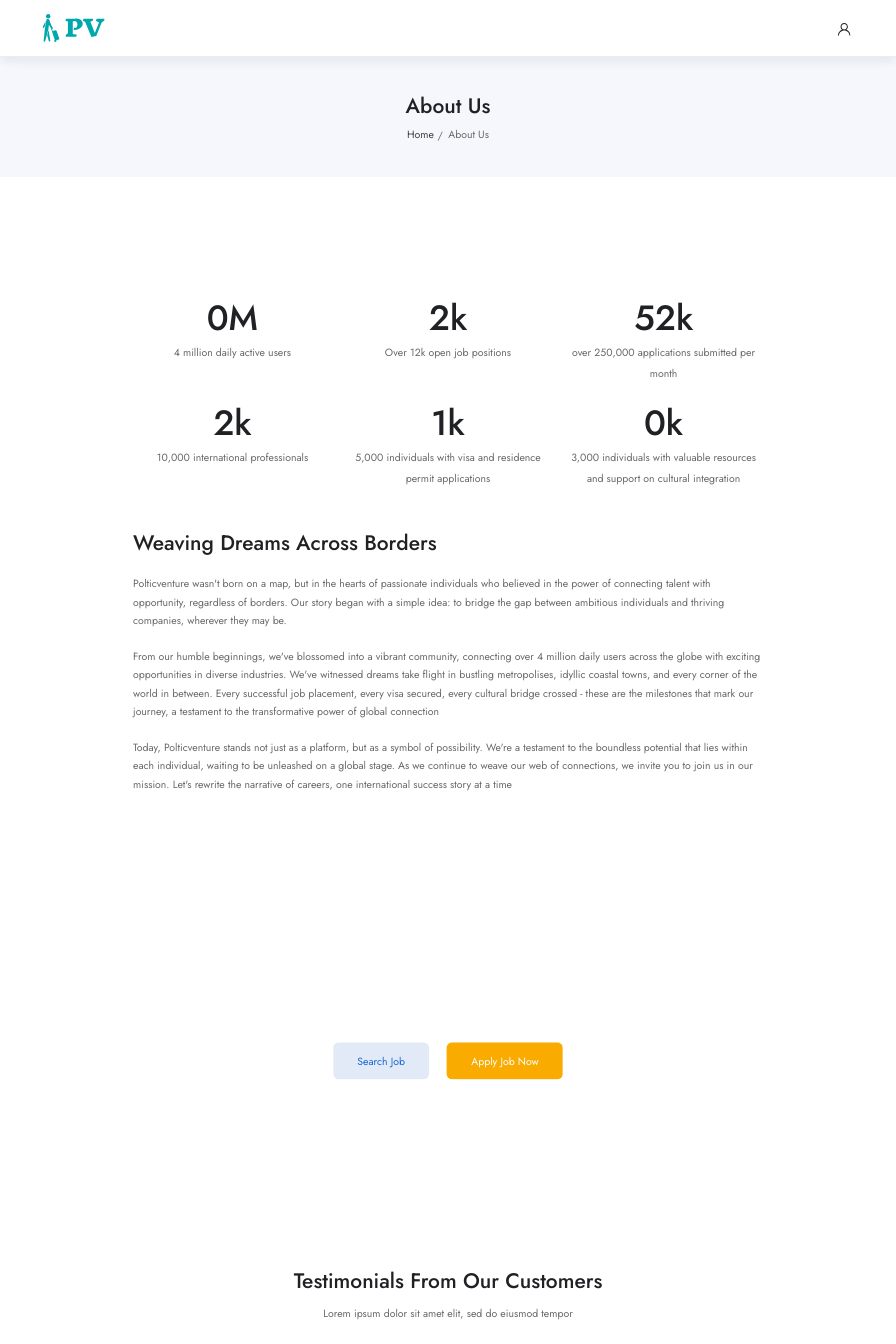
Repository: greatchriz/job
Page: http://localhost/about-us
These files come from the project's save history. The page is drawn as it stood at one moment and after the next save; the edit follows.
The browser window is 1280 px wide. The pictures show the part of the page from y = 0 to 1920 px (the page is 3650 px tall before and 4323 px after), at 70% of full size.
The page is served by the project's Laravel application, run on PHP 8.4 with Laravel 10. Other server files are loaded and not shown.

Above is the page before, as saved 2023-12-14 10:21:50.

### app/Providers/AppServiceProvider.php
<?php

namespace App\Providers;

use Illuminate\Support\ServiceProvider;
use Illuminate\Support\Facades\Schema;


class AppServiceProvider extends ServiceProvider
{
    /**
     * Register any application services.
     */
    public function register(): void
    {
        //
    }

    /**
     * Bootstrap any application services.
     */
    public function boot(): void
    {
        // Schema::defaultStringLength(191);
    }
}

### app/Http/Controllers/MainPageController.php
<?php

namespace App\Http\Controllers;

use Illuminate\Http\Request;

class MainPageController extends Controller
{

    // Home
    // About Us
    // Services
    // Terms & Conditions
    // Privacy Policy
    // Blog
    // Contact Us

    //home

    public function home()
    {
        return view('main-pages.home');
    }

    //about-us

    public function aboutUs()
    {
        return view('main-pages.about-us');
    }

    //services

    public function services()
    {
        return view('main-pages.services');
    }

    //terms

    public function terms()
    {
        return view('main-pages.terms');
    }

    //privacy-policy

    public function privacyPolicy()
    {
        return view('main-pages.privacy-policy');
    }

    //blog

    public function blog()
    {
        return view('main-pages.blog');
    }

    //contact-us

    public function contactUs()
    {
        return view('main-pages.contact-us');
    }
}

### resources/views/main-pages/about-us.blade.php
@extends('normal-layout')
    @section('header')
        @include('normal-header')
    @endsection

    @section('page-title')
        @include('page-title', ['pageTitle' => 'About Us'])
    @endsection

    @section('content')
 <!-- About Section Three -->
 <section class="about-section-three">
    <div class="auto-container">
      <div class="images-box">
        <div class="row">
          <div class="column col-lg-3 col-md-6 col-sm-6">
            <figure class="image"><img src="images/resource/about-img-1.jpg" alt=""></figure>
          </div>
          <div class="column col-lg-3 col-md-6 col-sm-6">
            <figure class="image"><img src="images/resource/about-img-2.jpg" alt=""></figure>
            <figure class="image"><img src="images/resource/about-img-3.jpg" alt=""></figure>
          </div>
          <div class="column col-lg-3 col-md-6 col-sm-6">
            <figure class="image"><img src="images/resource/about-img-4.jpg" alt=""></figure>
            <figure class="image"><img src="images/resource/about-img-5.jpg" alt=""></figure>
          </div>
          <div class="column col-lg-3 col-md-6 col-sm-6">
            <figure class="image"><img src="images/resource/about-img-6.jpg" alt=""></figure>
          </div>
        </div>
      </div>

      <!-- Fun Fact Section -->
      <div class="fun-fact-section">
        <div class="row">
          <!--
            1. Global Reach, Local Impact: With over 4 million daily active users, we connect a diverse pool of international talent from across the globe with Dutch companies seeking top performers.

            2. A Treasure Trove of Opportunities: We boast over 12,000 open job positions across various industries, ensuring there's something for every skillset and career aspiration.

            3. Efficiency at Your Fingertips: Our intuitive platform facilitates over 250,000 applications submitted per month, streamlining the job search process for both candidates and companies.

            4. Bridging the Gap: We've helped over 10,000 international professionals secure their dream jobs in the Netherlands, turning career aspirations into reality.

            5. Seamless Transitions: We've assisted over 5,000 individuals with their visa and residence permit applications, paving the way for a smooth relocation experience.

            6. Beyond the Job: We're committed to holistic success. We've provided over 3,000 individuals with valuable resources and support on cultural integration, housing, and other essential aspects of settling in the Netherlands.

            -->



          <x-main-pages.about.fun-fact number="4" title="4 million daily active users" rate="M" />

          <x-main-pages.about.fun-fact number="12" title="Over 12k open job positions" rate="k" />

          <x-main-pages.about.fun-fact number="250" title="over 250,000 applications submitted per month" rate="k" />

          <x-main-pages.about.fun-fact number="10" title="10,000 international professionals" rate="k" />

          <x-main-pages.about.fun-fact number="5" title="5,000 individuals with visa and residence permit applications" rate="k" />

          <x-main-pages.about.fun-fact number="3" title="3,000 individuals with valuable resources and support on cultural integration" rate="k" />



        </div>
      </div>
      <!-- Fun Fact Section -->

      <x-main-pages.about.about-section title="Weaving Dreams Across Borders" text1="Polticventure wasn't born on a map, but in the hearts of passionate individuals who believed in the power of connecting talent with opportunity, regardless of borders. Our story began with a simple idea: to bridge the gap between ambitious individuals and thriving companies, wherever they may be." text2="From our humble beginnings, we've blossomed into a vibrant community, connecting over 4 million daily users across the globe with exciting opportunities in diverse industries. We've witnessed dreams take flight in bustling metropolises, idyllic coastal towns, and every corner of the world in between. Every successful job placement, every visa secured, every cultural bridge crossed - these are the milestones that mark our journey, a testament to the transformative power of global connection" text3="Today, Polticventure stands not just as a platform, but as a symbol of possibility. We're a testament to the boundless potential that lies within each individual, waiting to be unleashed on a global stage. As we continue to weave our web of connections, we invite you to join us in our mission. Let's rewrite the narrative of careers, one international success story at a time"/>


    </div>
  </section>
  <!-- End About Section Three -->

  <!-- Call To Action Two -->
  <section class="call-to-action-two" style="background-image: url(images/background/1.jpg);">
    <div class="auto-container">
      <div class="sec-title light text-center">
        <h2>Your Dream Jobs Are Waiting</h2>
        <div class="text">Over 1 million interactions, 50,000 success stories Make yours now.</div>
      </div>

      <div class="btn-box">
        <a href="#" class="theme-btn btn-style-three">Search Job</a>
        <a href="#" class="theme-btn btn-style-two">Apply Job Now</a>
      </div>
    </div>
  </section>
  <!-- End Call To Action -->

  <!-- Testimonial Section Two -->
  <section class="testimonial-section-two">
    <div class="container-fluid">
      <div class="testimonial-left"><img src="images/resource/testimonial-left.png" alt=""></div>
      <div class="testimonial-right"><img src="images/resource/testimonial-right.png" alt=""></div>
      <!-- Sec Title -->
      <div class="sec-title text-center">
        <h2>Testimonials From Our Customers</h2>
        <div class="text">Lorem ipsum dolor sit amet elit, sed do eiusmod tempor</div>
      </div>

      <div class="carousel-outer">
        <!-- Testimonial Carousel -->
        <div class="testimonial-carousel owl-carousel owl-theme">

          <!--Testimonial Block -->
          <div class="testimonial-block-two">
            <div class="inner-box">
              <div class="thumb"><img src="images/resource/testi-thumb-1.png" alt=""></div>
              <h4 class="title">Great quality!</h4>
              <div class="text">Without JobHunt i’d be homeless, they found me a job and got me sorted out quickly with everything! Can’t quite… The Mitech team works really hard to ensure high level of quality</div>
              <div class="info-box">
                <h4 class="name">Brooklyn Simmons</h4>
                <span class="designation">Web Developer</span>
              </div>
            </div>
          </div>

          <!--Testimonial Block -->
          <div class="testimonial-block-two">
            <div class="inner-box">
              <div class="thumb"><img src="images/resource/testi-thumb-1.png" alt=""></div>
              <h4 class="title">Great quality!</h4>
              <div class="text">Without JobHunt i’d be homeless, they found me a job and got me sorted out quickly with everything! Can’t quite… The Mitech team works really hard to ensure high level of quality</div>
              <div class="info-box">
                <h4 class="name">Brooklyn Simmons</h4>
                <span class="designation">Web Developer</span>
              </div>
            </div>
          </div>

          <!--Testimonial Block -->
          <div class="testimonial-block-two">
            <div class="inner-box">
              <div class="thumb"><img src="images/resource/testi-thumb-1.png" alt=""></div>
              <h4 class="title">Great quality!</h4>
              <div class="text">Without JobHunt i’d be homeless, they found me a job and got me sorted out quickly with everything! Can’t quite… The Mitech team works really hard to ensure high level of quality</div>
              <div class="info-box">
                <h4 class="name">Brooklyn Simmons</h4>
                <span class="designation">Web Developer</span>
              </div>
            </div>
          </div>
        </div>
      </div>
    </div>
  </section>
  <!-- End Testimonial Section -->

  <!-- Work Section -->
  <section class="work-section style-two">
    <div class="auto-container">
      <div class="sec-title text-center">
        <h2>How It Works?</h2>
        <div class="text">Job for anyone, anywhere</div>
      </div>

      <div class="row">
        <!-- Work Block -->
        <div class="work-block col-lg-4 col-md-6 col-sm-12">
          <div class="inner-box">
            <figure class="image"><img src="images/resource/work-1.png" alt=""></figure>
            <h5>Free Resume Assessments</h5>
            <p>Employers on average spend 31 seconds scanning resumes to identify potential matches.</p>
          </div>
        </div>

        <!-- Work Block -->
        <div class="work-block col-lg-4 col-md-6 col-sm-12">
          <div class="inner-box">
            <figure class="image"><img src="images/resource/work-2.png" alt=""></figure>
            <h5>Job Fit Scoring</h5>
            <p>Employers on average spend 31 seconds scanning resumes to identify potential matches.</p>
          </div>
        </div>

        <!-- Work Block -->
        <div class="work-block col-lg-4 col-md-6 col-sm-12">
          <div class="inner-box">
            <figure class="image"><img src="images/resource/work-3.png" alt=""></figure>
            <h5>Help Every Step of the Way</h5>
            <p>Employers on average spend 31 seconds scanning resumes to identify potential matches.</p>
          </div>
        </div>

      </div>
    </div>
  </section>
  <!-- End Work Section -->
  @endsection

### resources/views/components/main-pages/nav-link.blade.php
@props(['current', 'href', 'title'])

@php
    $classes = ($current ?? false)
    ? 'current'
    : '';
@endphp

<li {{ $attributes->merge(['class' => $classes]) }}><a href="{{ $href }}">{{ $title }} </a></li>

### resources/views/page-title.blade.php
<!--Page Title-->
<section class="page-title">
    <div class="auto-container">
        <div class="title-outer">
            <h1>{{ $pageTitle }}</h1>
            <ul class="page-breadcrumb">
                <li><a href="index.html">Home</a></li>
                <li>About Us</li>
            </ul>
        </div>
    </div>
</section>
<!--End Page Title-->

### resources/views/components/main-pages/about/fun-fact.blade.php
@props(['number' => '', 'title' => '', 'rate' => ''])

<div class="counter-column col-lg-4 col-md-4 col-sm-12 wow fadeInUp">
    <div class="count-box"><span
            class="count-text"
            data-speed="30000"
            data-stop="{{ $number }}"
        >0</span>{{ $rate }}</div>
    <h4 class="counter-title">{{ $title }}</h4>
</div>

### resources/views/components/main-pages/about/about-section.blade.php
@props(['title' => '', 'text1' => '', 'text2' => '', 'text3' => ''])

<div class="text-box">
    <h4>{{ $title }}</h4>

    <p>{{ $text1 }}</p>

    <p>{{ $text2 }}</p>

    <p>{{ $text3 }}</p>

</div>

### public/css/icons.css
@font-face {
  font-family: 'icomoon';
  src:  url('../fonts/icomoon06c8.eot?l8rg88');
  src:  url('../fonts/icomoon06c8.eot?l8rg88#iefix') format('embedded-opentype'),
    url('../fonts/icomoon06c8.ttf?l8rg88') format('truetype'),
    url('../fonts/icomoon06c8.woff?l8rg88') format('woff'),
    url('../fonts/icomoon06c8.svg?l8rg88#icomoon') format('svg');
  font-weight: normal;
  font-style: normal;
  font-display: block;
}

[class^="icon-"], [class*=" icon-"] {
  /* use !important to prevent issues with browser extensions that change fonts */
  font-family: 'icomoon' !important;
  speak: never;
  font-style: normal;
  font-weight: normal;
  font-variant: normal;
  text-transform: none;
  line-height: 1;

  /* Better Font Rendering =========== */
  -webkit-font-smoothing: antialiased;
  -moz-osx-font-smoothing: grayscale;
}

.icon-drawing:before {
  content: "\e903";
}
.icon-process:before {
  content: "\e904";
}
.icon-task:before {
  content: "\e905";
}
.icon-one-finger-click:before {
  content: "\e906";
}
.icon-case:before {
  content: "\e900";
}
.icon-contact:before {
  content: "\e901";
}
.icon-doc:before {
  content: "\e902";
}

### public/css/owl.css
/**
 * Owl Carousel v2.2.0
 * Copyright 2013-2016 David Deutsch
 * Licensed under MIT (https://github.com/OwlCarousel2/OwlCarousel2/blob/master/LICENSE)
 */
/*
 *  Owl Carousel - Core
 */
.owl-carousel {
  display: none;
  width: 100%;
  -webkit-tap-highlight-color: transparent;
  /* position relative and z-index fix webkit rendering fonts issue */
  position: relative;
  z-index: 1; }
  .owl-carousel .owl-stage {
    position: relative;
    -ms-touch-action: pan-Y; }
  .owl-carousel .owl-stage:after {
    content: ".";
    display: block;
    clear: both;
    visibility: hidden;
    line-height: 0;
    height: 0; }
  .owl-carousel .owl-stage-outer {
    position: relative;
    overflow: hidden;
    /* fix for flashing background */
    -webkit-transform: translate3d(0px, 0px, 0px); }
  .owl-carousel .owl-item {
    position: relative;
    min-height: 1px;
    float: left;
    -webkit-backface-visibility: hidden;
    -webkit-tap-highlight-color: transparent;
    -webkit-touch-callout: none; }
  .owl-carousel .owl-item img {
    display: block;
    width: 100%;
    -webkit-transform-style: preserve-3d; }
  .owl-carousel .owl-nav.disabled,
  .owl-carousel .owl-dots.disabled {
    display: none; }
  .owl-carousel .owl-nav .owl-prev,
  .owl-carousel .owl-nav .owl-next,
  .owl-carousel .owl-dot {
    cursor: pointer;
    cursor: hand;
    -webkit-user-select: none;
    -khtml-user-select: none;
    -moz-user-select: none;
    -ms-user-select: none;
    user-select: none; }
  .owl-carousel.owl-loaded {
    display: block; }
  .owl-carousel.owl-loading {
    opacity: 0;
    display: block; }
  .owl-carousel.owl-hidden {
    opacity: 0; }
  .owl-carousel.owl-refresh .owl-item {
    visibility: hidden; }
  .owl-carousel.owl-drag .owl-item {
    -webkit-user-select: none;
    -moz-user-select: none;
    -ms-user-select: none;
    user-select: none; }
  .owl-carousel.owl-grab {
    cursor: move;
    cursor: grab; }
  .owl-carousel.owl-rtl {
    direction: rtl; }
  .owl-carousel.owl-rtl .owl-item {
    float: right; }

/* No Js */
.no-js .owl-carousel {
  display: block; }

/*
 *  Owl Carousel - Animate Plugin
 */
.owl-carousel .animated {
  -webkit-animation-duration: 1000ms;
          animation-duration: 1000ms;
  -webkit-animation-fill-mode: both;
          animation-fill-mode: both; }

.owl-carousel .owl-animated-in {
  z-index: 0; }

.owl-carousel .owl-animated-out {
  z-index: 1; }

.owl-carousel .fadeOut {
  -webkit-animation-name: fadeOut;
          animation-name: fadeOut; }

@-webkit-keyframes fadeOut {
  0% {
    opacity: 1; }
  100% {
    opacity: 0; } }

@keyframes fadeOut {
  0% {
    opacity: 1; }
  100% {
    opacity: 0; } }

/*
 * 	Owl Carousel - Auto Height Plugin
 */
.owl-height {
  transition: height 500ms ease-in-out; }

/*
 * 	Owl Carousel - Lazy Load Plugin
 */
.owl-carousel .owl-item .owl-lazy {
  opacity: 0;
  transition: opacity 400ms ease; }

.owl-carousel .owl-item img.owl-lazy {
  -webkit-transform-style: preserve-3d;
          transform-style: preserve-3d; }

/*
 * 	Owl Carousel - Video Plugin
 */
.owl-carousel .owl-video-wrapper {
  position: relative;
  height: 100%;
  background: #000; }

.owl-carousel .owl-video-play-icon {
  position: absolute;
  height: 80px;
  width: 80px;
  left: 50%;
  top: 50%;
  margin-left: -40px;
  margin-top: -40px;
  background: url("owl.video.play.html") no-repeat;
  cursor: pointer;
  z-index: 1;
  -webkit-backface-visibility: hidden;
  transition: -webkit-transform 100ms ease;
  transition: transform 100ms ease; }

.owl-carousel .owl-video-play-icon:hover {
  -webkit-transform: scale(1.3, 1.3);
      -ms-transform: scale(1.3, 1.3);
          transform: scale(1.3, 1.3); }

.owl-carousel .owl-video-playing .owl-video-tn,
.owl-carousel .owl-video-playing .owl-video-play-icon {
  display: none; }

.owl-carousel .owl-video-tn {
  opacity: 0;
  height: 100%;
  background-position: center center;
  background-repeat: no-repeat;
  background-size: contain;
  transition: opacity 400ms ease; }

.owl-carousel .owl-video-frame {
  position: relative;
  z-index: 1;
  height: 100%;
  width: 100%; }

Loaded but not shown: app/Http/Controllers/Controller.php (common file); public/css/bootstrap.css (library); public/css/style.css (library); public/js/jquery.js (library); public/js/popper.min.js (library); public/js/chosen.min.js (library); public/js/bootstrap.min.js (library); public/js/jquery-ui.min.js (library); public/js/jquery.fancybox.js (library); public/js/jquery.modal.min.js (library); public/js/mmenu.js (library); public/js/ScrollMagic.min.js (library); public/js/rellax.min.js (library); public/js/wow.js (library); public/css/fontawesome-all.css (library); public/css/animate.css (library); public/css/jquery-ui.min.css (library); public/css/select2.min.css (library); public/css/jquery.modal.min.css (library); public/css/mmenu.css (library); public/css/jquery.fancybox.min.css (library); public/assets/images/header1-logo.svg (1 lines, source omitted); public/images/icons/user.svg (3 lines, source omitted); public/js/owl.js (3273 lines, source omitted); public/js/script.js (1112 lines, source omitted); public/js/mmenu.polyfills.js (150 lines, source omitted); public/js/appear.js (151 lines, source omitted); public/css/line-awesome.css (6582 lines, source omitted); public/css/responsive.css (2372 lines, source omitted); public/css/flaticon.css (259 lines, source omitted); resources/views/normal-layout.blade.php (256 lines, source omitted); public/css/chosen.css (388 lines, source omitted); resources/views/normal-header.blade.php (159 lines, source omitted); routes/web.php (98 lines, source omitted)

After the next save:
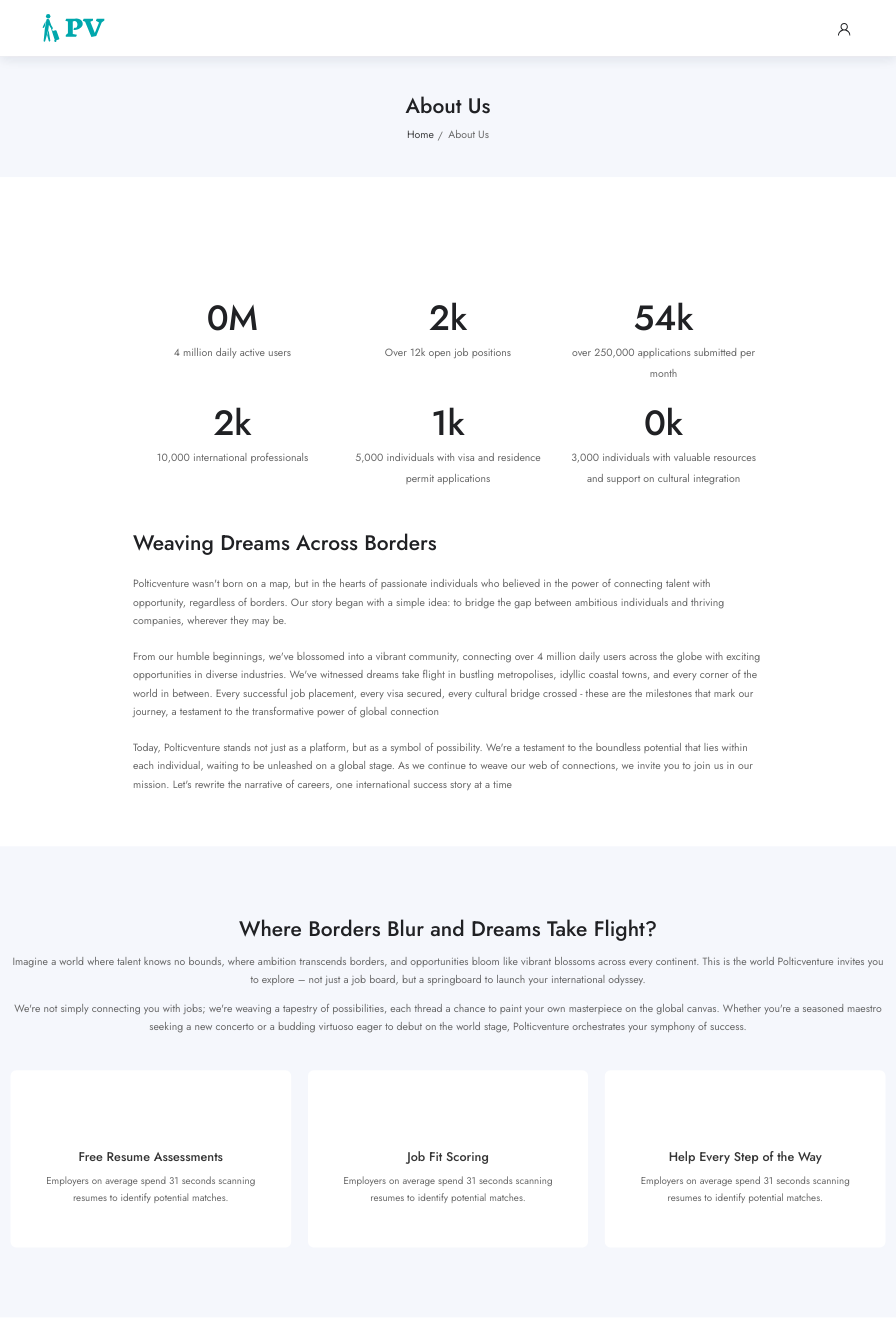
Saved 97 s later.
--- a/resources/views/main-pages/about-us.blade.php
+++ b/resources/views/main-pages/about-us.blade.php
@@ -74,6 +74,53 @@
     </div>
   </section>
   <!-- End About Section Three -->
+
+  <!-- Work Section -->
+  <section class="work-section style-two">
+    <div class="auto-container">
+      <div class="sec-title text-center">
+        <h2>Where Borders Blur and Dreams Take Flight?</h2>
+        <div class="text">
+            Imagine a world where talent knows no bounds, where ambition transcends borders, and opportunities bloom like vibrant blossoms across every continent. This is the world Polticventure invites you to explore – not just a job board, but a springboard to launch your international odyssey.
+        </div>
+
+        <div class="text">
+            We're not simply connecting you with jobs; we're weaving a tapestry of possibilities, each thread a chance to paint your own masterpiece on the global canvas. Whether you're a seasoned maestro seeking a new concerto or a budding virtuoso eager to debut on the world stage, Polticventure orchestrates your symphony of success.
+        </div>
+      </div>
+
+      <div class="row">
+        <!-- Work Block -->
+        <div class="work-block col-lg-4 col-md-6 col-sm-12">
+          <div class="inner-box">
+            <figure class="image"><img src="images/resource/work-1.png" alt=""></figure>
+            <h5>Free Resume Assessments</h5>
+            <p>Employers on average spend 31 seconds scanning resumes to identify potential matches.</p>
+          </div>
+        </div>
+
+        <!-- Work Block -->
+        <div class="work-block col-lg-4 col-md-6 col-sm-12">
+          <div class="inner-box">
+            <figure class="image"><img src="images/resource/work-2.png" alt=""></figure>
+            <h5>Job Fit Scoring</h5>
+            <p>Employers on average spend 31 seconds scanning resumes to identify potential matches.</p>
+          </div>
+        </div>
+
+        <!-- Work Block -->
+        <div class="work-block col-lg-4 col-md-6 col-sm-12">
+          <div class="inner-box">
+            <figure class="image"><img src="images/resource/work-3.png" alt=""></figure>
+            <h5>Help Every Step of the Way</h5>
+            <p>Employers on average spend 31 seconds scanning resumes to identify potential matches.</p>
+          </div>
+        </div>
+
+      </div>
+    </div>
+  </section>
+  <!-- End Work Section -->
 
   <!-- Call To Action Two -->
   <section class="call-to-action-two" style="background-image: url(images/background/1.jpg);">
